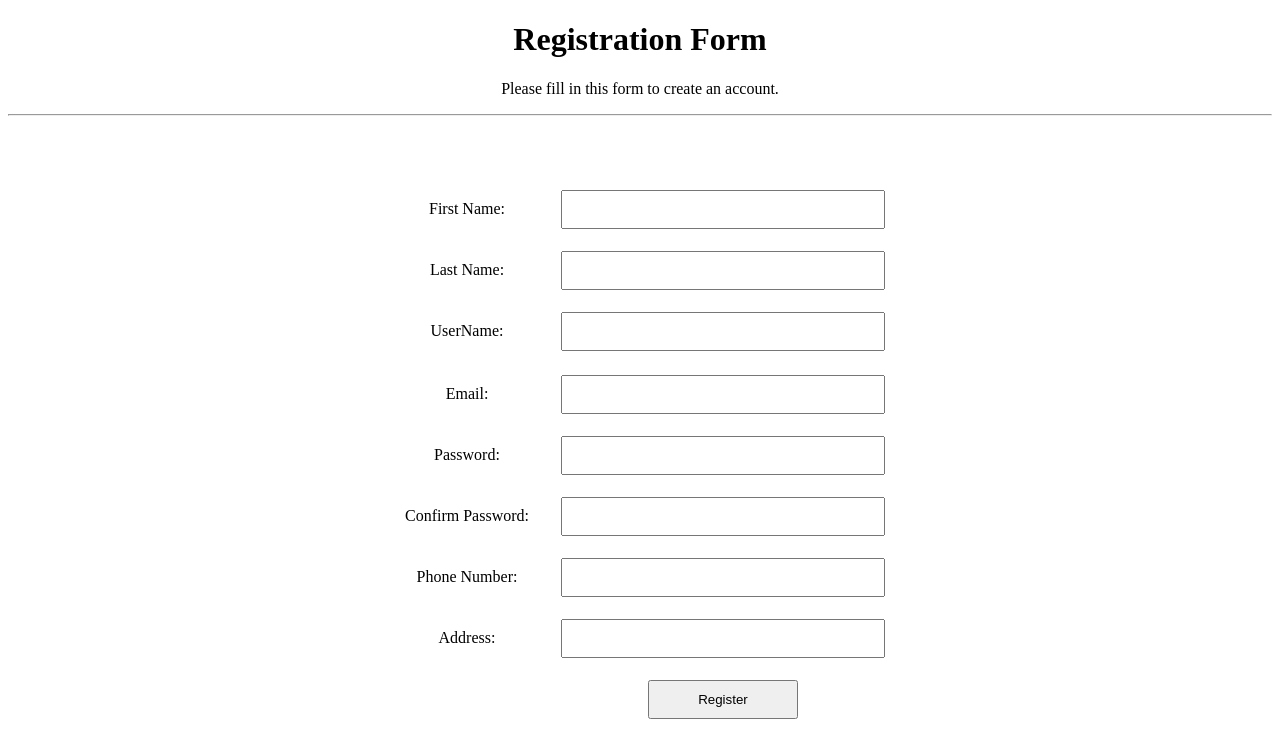
Repository: armanali13000/JAVA_CRUD
Page: http://localhost/CRUD_APP/MemberRegister.jsp
An editor plug-in stored every save of this project. The page is shown before and after the next save, followed by the edit.
The browser window is 1280 px wide. The pictures show the whole page.
The page is served by Tomcat 9.

Above is the page before, as saved 2023-02-26 10:18:49.

### CRUD_APP/src/main/webapp/MemberRegister.jsp
<%@ page language="java" contentType="text/html; charset=ISO-8859-1"
    pageEncoding="ISO-8859-1"%>
<!DOCTYPE html>
<html>
<head>
<meta charset="ISO-8859-1">
<title>Registration Form</title>

	<style type="text/css">

		.registration
		{
			text-align: center;
		}
		label, input
		{
			margin: 5px;
			padding: 10px;
			width: 300px;
		}
		#button
		{
			width: 150px;
		}
	</style>

</head>
<body>
	<form class="registration" action="Register" method="post">
	<h1>Registration Form</h1>
    <p>Please fill in this form to create an account.</p>
    <hr><br><br><br>
    <table align="center" cellpadding="5px">
			<tr>
					<td><label>First Name:</label></td>
					<td><input id="input" type="text"></input></td>
			</tr>
			<tr>
					<td><label>Last Name:</label></td>
					<td><input id="input" type="text"></input></td>
			</tr>
    		<tr>
					<td><label>UserName:</label></td>
					<td><input id="input" type="text"></input></td>
			</tr>
			<tr>
			<tr>
					<td><label>Email:</label></td>
					<td><input id="input" type="email"></input></td>
			</tr>
					<td><label>Password:</label></td>
					<td><input id="input" type="password"></input></td>
			</tr>
			<tr>
					<td><label>Confirm Password:</label></td>
					<td><input id="input" type="password"></input></td>
			</tr>
			<tr>
					<td><label>Phone Number:</label></td>
					<td><input id="input" type="text"></input></td>
			</tr>
			<tr>
					<td><label>Address:</label></td>
					<td><input id="input" type="text"></input></td>
			</tr>
			<tr>
				<td></td>
				<td><input id="button" type="submit" value="Register"></input></td>
			</tr>


	<!-- <input type="text" name="name" placeholder="Enter First Name"><br><br>
	<label>Last Name</label>
	<input type="text" name="name" placeholder="Enter Last Name"><br><br>
	<label>UserName</label>
	<input type="text" name="username" placeholder="Enter UserName"><br><br>
	<label>Email</label>
	<input type="email" name="email" placeholder="Enter Email"><br><br>
	<label>Password</label>
	<input type="password" name="password" placeholder="Enter Password"><br><br>
	<label>Confirm Password</label>
	<input type="password" name="Password" placeholder="Enter Confirm Password"><br><br>
	<label>Phone</label>
	<input type="number" name="phone" placeholder="Enter Phone"><br><br>
	<label>Address</label>
	<input type="text" name="address" placeholder="Enter Address"><br><br>
	<input id="sub" type="submit" value="Register"> -->

    </table>

	</form>
</body>
</html>

After the next save:
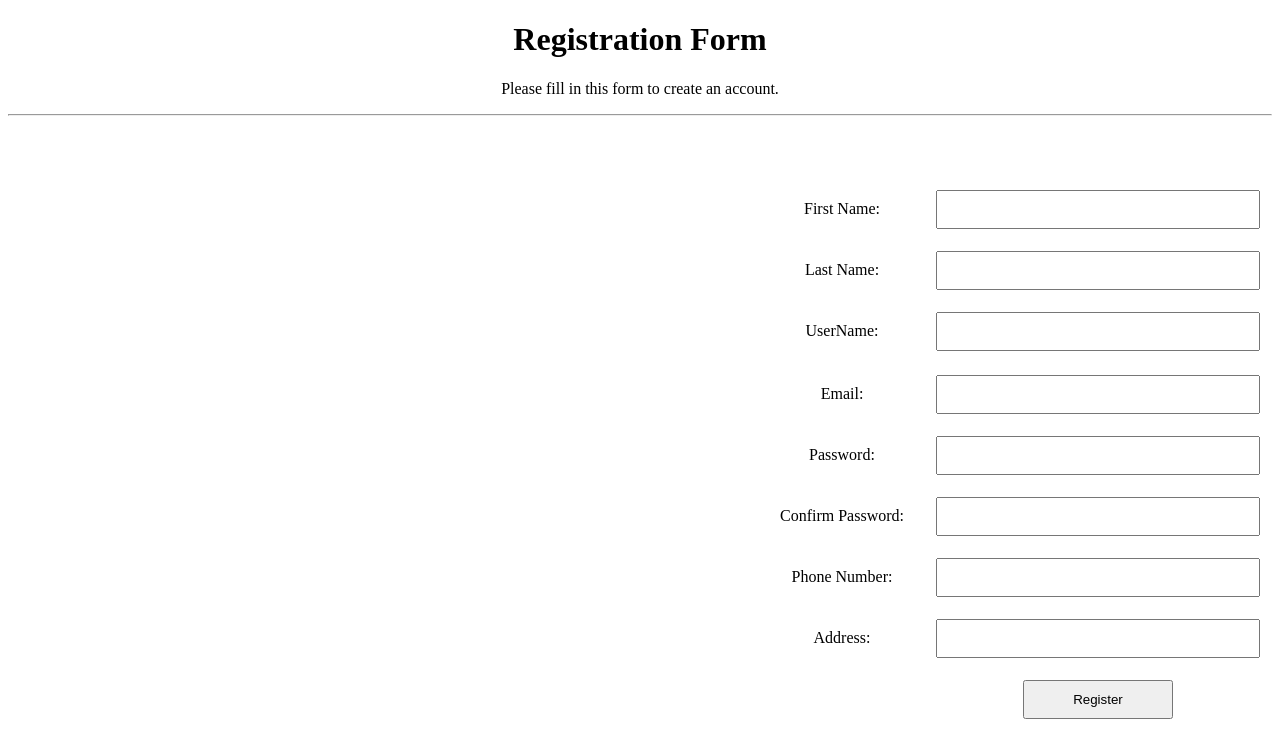
Saved 16 s later.
--- a/CRUD_APP/src/main/webapp/MemberRegister.jsp
+++ b/CRUD_APP/src/main/webapp/MemberRegister.jsp
@@ -30,7 +30,7 @@
 	<h1>Registration Form</h1>
     <p>Please fill in this form to create an account.</p>
     <hr><br><br><br>
-    <table align="center" cellpadding="5px">
+    <table align="right" cellpadding="5px">
 			<tr>
 					<td><label>First Name:</label></td>
 					<td><input id="input" type="text"></input></td>
